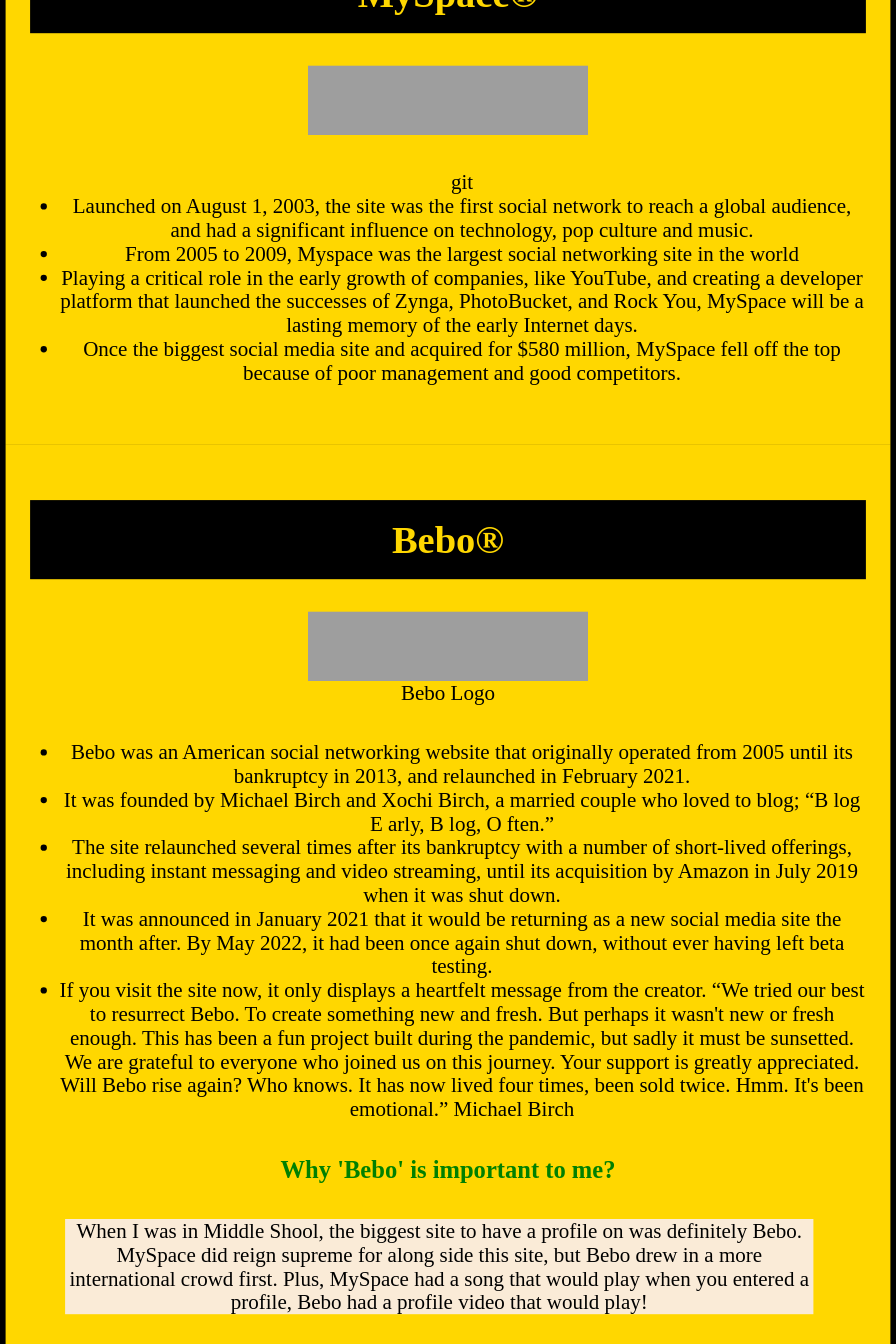
Repository: AndrewGrantt/LC101
Page: LC101/js-assignment-4-html-me-something-buffylow/index.html
An editor plug-in stored every save of this project. The page is shown before and after the next save, followed by the edit.
The browser window is 1280 px wide. The pictures show the part of the page from y = 468 to 2388 px (the page is 3616 px tall before and 3582 px after), at 70% of full size.
Pictures or frames that could not be fetched are drawn as grey boxes.

Above is the page before, as saved 2022-07-15 07:53:50.

### LC101/js-assignment-4-html-me-something-buffylow/index.html
<html>
<head>
<title>SOCIAL NETWORKS FOR THE AGES</title>
<link rel="stylesheet" href="styles.css">
</head>
<body>

<article class="all-sites">
   <h1 id="mainHeader">Social Media When I Was A Youngin'</h1>
  <article class="sites">

    <h2 id="headcolor">MySpace&reg;</h2>
    <img src="/Images/MySpace_logo.JPG" alt="MySpace Logo 2004-2010" width="400" height="100">
    <p>
     <ul> git
      <li>Launched on August 1, 2003, the site was the first social network to reach a global audience, and had a significant influence on technology, pop culture and music.</li>

      <li>From 2005 to 2009, Myspace was the largest social networking site in the world</li>

      <li>Playing a critical role in the early growth of companies, like YouTube, and creating a developer platform that launched the successes of Zynga, PhotoBucket, and Rock You, MySpace will be a lasting memory of the early Internet days. </li>

      <li> Once the biggest social media site and acquired for $580 million, MySpace fell off the top because of poor management and good competitors. </li>
     </ul>
   </p>

  </article>

  <article class="sites">
    <h2 id="headcolor">Bebo&reg;</h2>
    <figure>
      <img src="/Images/bebo.JPG" alt="Bebo Logo" width="400" height="100">
      <figcaption>Bebo Logo</a></figcaption>
   </figure>
    <p>
    <ul>
      <li>Bebo was an American social networking website that originally operated from 2005 until its bankruptcy in 2013, and relaunched in February 2021.</li>
          <li>It was founded by Michael Birch and Xochi Birch, a married couple who loved to blog;
          “B log E arly, B log, O ften.” </li>
      <li>The site relaunched several times after its bankruptcy with a number of short-lived offerings, including instant messaging and video streaming, until its acquisition by Amazon in July 2019 when it was shut down. </li>
      <li>It was announced in January 2021 that it would be returning as a new social media site the month after. By May 2022, it had been once again shut down, without ever having left beta testing. </li>
     <li> If you visit the site now, it only displays a heartfelt message from the creator.


      “We tried our best to resurrect Bebo.
      To create something new and fresh.
      But perhaps it wasn't new or fresh enough.
      This has been a fun project built during the pandemic, but sadly it must be sunsetted. We are grateful to everyone who joined us on this journey. Your support is greatly appreciated.
      Will Bebo rise again?
      Who knows. It has now lived four times, been sold twice. Hmm.
      It's been emotional.”

      Michael Birch</li>
   </ul>
   </p>
      <h3 class="funParagraph"> Why 'Bebo' is important to me?</h3>
      <p>
         When I was in Middle Shool, the biggest site to have a profile on was definitely Bebo. MySpace did reign supreme for along side this site, but Bebo drew in a more international crowd first. Plus, MySpace had a song that would play when you entered a profile, Bebo had a profile video that would play!
      </p>
  </article>
  <article class="sites">
    <h2 id="headcolor">AOL&reg;</h2>
    <img src="/Images/AOL.JPG" alt="AOL Logo" width="500" height="300">
    <p>
      <ul>
      <li>Aol., originally known as America Online,is an American web portal and online service provider based in New York City.</li>
      <li>It is a brand marketed by the current Yahoo Inc.</li>
      <li>The company grew to become the largest online service, displacing established players like CompuServe and The Source. </li>
      <li>By 1995, there were about three million active users.</li>
      <li>AOL was one of the early pioneers of the Internet in the mid-1990s, and the most recognized brand on the web in the United States. It originally provided a dial-up service to millions of Americans, pioneered instant messaging, and in 1993 began adding internet access.</li>
       <li>The popularity rapidly shrank thereafter, partly due to the decline of dial-up and rise of broadband.</li>
      <li>Eventually, the company was spun off from Time Warner in 2009.</li>
      <li>June 23, 2015,Verizon Communications bought AOL was acquired for $4.4 billion.</li>
      <li>On May 3, 2021, Verizon announced it would sell Yahoo and AOL to private equity firm Apollo Global Management for $5 billion.</li>
      </ul>
      </p>
  </article>
</article>
<footer>
   I CAN'T FORGET ABOUT THE SITES THAT MADE US

  --- &copy; Andrew 'BuffyLow' Grant---
</footer>
</body>
</html>

### LC101/js-assignment-4-html-me-something-buffylow/styles.css

body {
    background-color: black;
  }

  h1 {
    color: rgb(43, 49, 226);
    margin-left: 20px;
    font-size: 75px;
  }

    .sites {
    color: black;
    text-align: center;
    padding: 35px;
    background-color: gold;
    font-size: 30px;
  }
  p {
    margin-top: 50px;
    margin-bottom: 25px;
    margin-right: 75px;
    margin-left: 50px;
background-color: antiquewhite;
  }
  #mainHeader {
    background-color: red;
    color: black;
    padding: 40px;
    text-align: center;}

    #testP{
        color:black;
        text-align:center;
    }
    .funParagraph{
        color:green
    }
    #headcolor{
        color:gold;
        padding: 25px;
        background-color: black;
        font-size: 55px;

    }

After the next save:
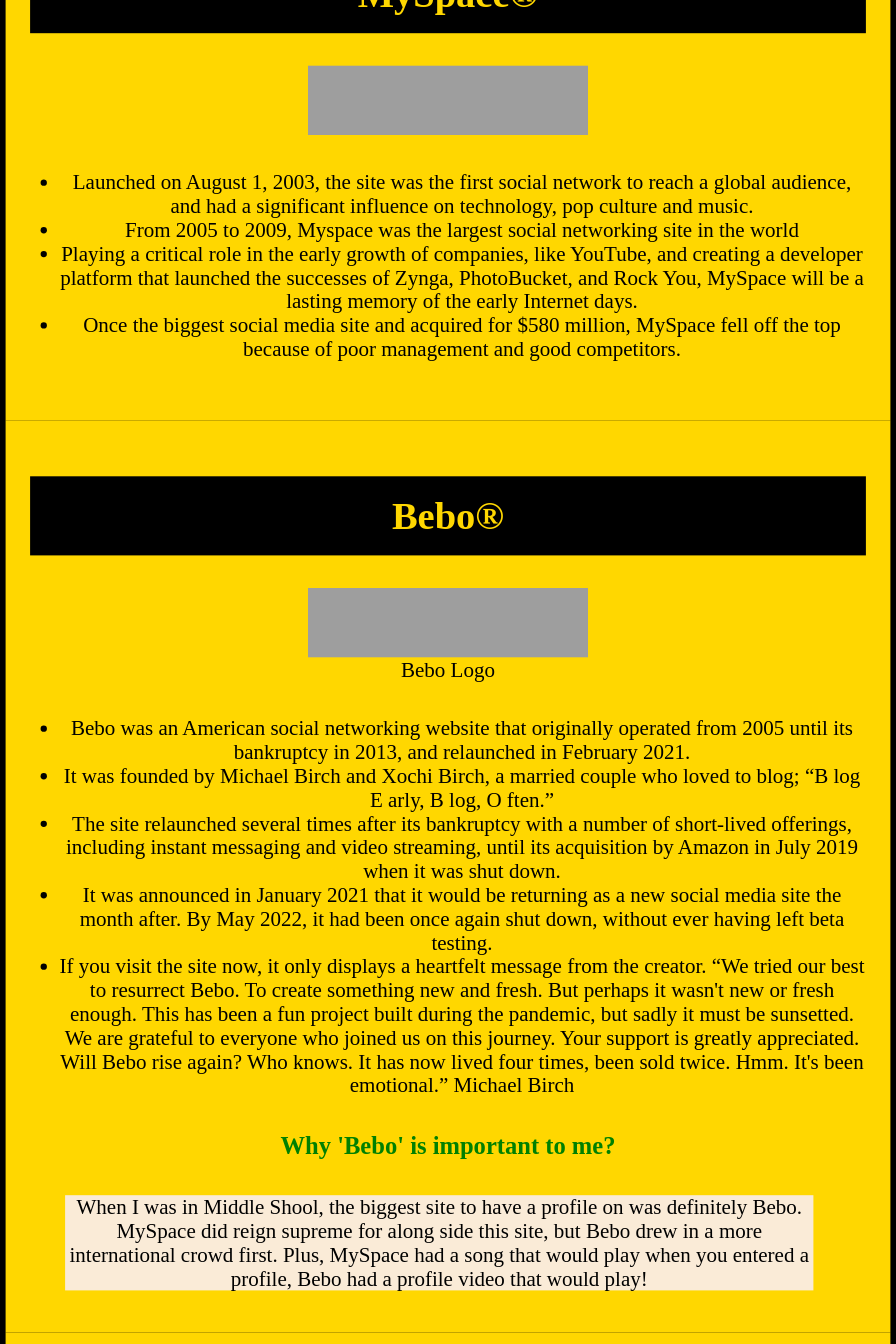
Saved 77 s later.
--- a/LC101/js-assignment-4-html-me-something-buffylow/index.html
+++ b/LC101/js-assignment-4-html-me-something-buffylow/index.html
@@ -12,7 +12,7 @@
     <h2 id="headcolor">MySpace&reg;</h2>
     <img src="/Images/MySpace_logo.JPG" alt="MySpace Logo 2004-2010" width="400" height="100">
     <p>
-     <ul> git
+     <ul>
       <li>Launched on August 1, 2003, the site was the first social network to reach a global audience, and had a significant influence on technology, pop culture and music.</li>
 
       <li>From 2005 to 2009, Myspace was the largest social networking site in the world</li>
